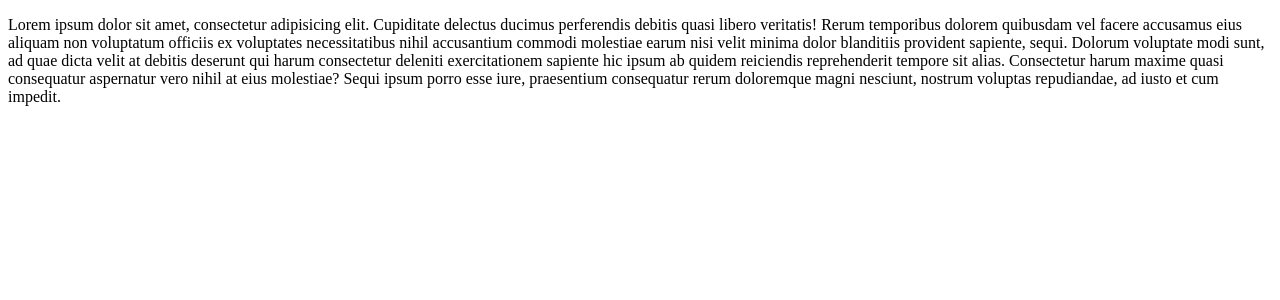
Repository: loosenthedark/the-importance-of-this
Page: index.html
The author's editor kept a record of every edit. The page is drawn from the files as they stood at one moment, then again after the next edit.
The browser window is 1280 px wide. The pictures show the whole page.

Above is the page before.

### index.html
<!DOCTYPE html>
<html lang="en">
<head>
    <meta charset="UTF-8">
    <meta name="viewport" content="width=device-width, initial-scale=1.0">
    <meta http-equiv="X-UA-Compatible" content="ie=edge">
    <link rel="stylesheet" href="css/style.css" type="text/css">
    <script type="text/javascript" src="js/jquery-3.4.1.js"></script>
    <title>Document</title>
</head>
<body>
    <div id="container">
        <div class>
            <p>
            Lorem ipsum dolor sit amet, consectetur adipisicing elit. Cupiditate delectus ducimus perferendis debitis quasi libero veritatis! Rerum temporibus dolorem quibusdam vel facere accusamus eius aliquam non voluptatum officiis ex voluptates necessitatibus nihil accusantium commodi molestiae earum nisi velit minima dolor blanditiis provident sapiente, sequi. Dolorum voluptate modi sunt, ad quae dicta velit at debitis deserunt qui harum consectetur deleniti exercitationem sapiente hic ipsum ab quidem reiciendis reprehenderit tempore sit alias. Consectetur harum maxime quasi consequatur aspernatur vero nihil at eius molestiae? Sequi ipsum porro esse iure, praesentium consequatur rerum doloremque magni nesciunt, nostrum voluptas repudiandae, ad iusto et cum impedit.
            </p>
        </div>
    </div>
</body>
</html>

### css/style.css
.container {
    display: flex;
    flex-flow: row wrap;
    box-sizing: border-box;
    margin-left: auto;
    margin-right: auto;
    max-width: 1050px;
}

.box {
    display: flex;
    flex: 1;
    flex-flow: column;
    max-width: 240px;
    margin: 10px;
    padding: 20px;
    background: #000;
}

Loaded but not shown: js/jquery-3.4.1.js (library)

After the next edit:
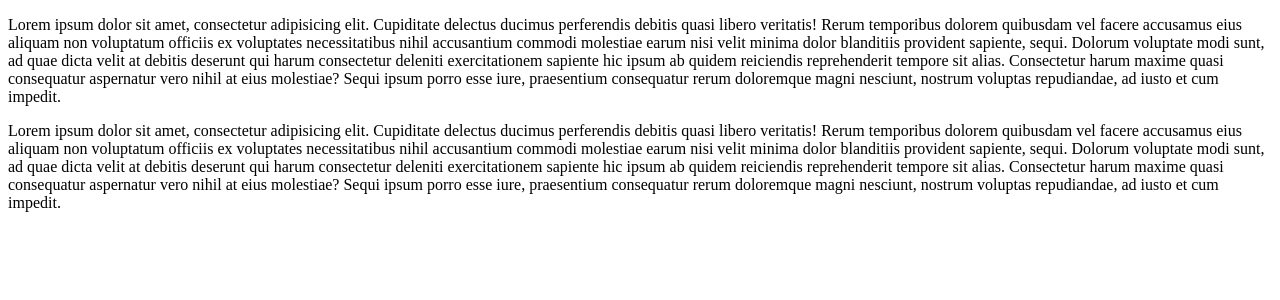
The edit:
--- a/index.html
+++ b/index.html
@@ -15,6 +15,11 @@
             Lorem ipsum dolor sit amet, consectetur adipisicing elit. Cupiditate delectus ducimus perferendis debitis quasi libero veritatis! Rerum temporibus dolorem quibusdam vel facere accusamus eius aliquam non voluptatum officiis ex voluptates necessitatibus nihil accusantium commodi molestiae earum nisi velit minima dolor blanditiis provident sapiente, sequi. Dolorum voluptate modi sunt, ad quae dicta velit at debitis deserunt qui harum consectetur deleniti exercitationem sapiente hic ipsum ab quidem reiciendis reprehenderit tempore sit alias. Consectetur harum maxime quasi consequatur aspernatur vero nihil at eius molestiae? Sequi ipsum porro esse iure, praesentium consequatur rerum doloremque magni nesciunt, nostrum voluptas repudiandae, ad iusto et cum impedit.
             </p>
         </div>
+        <div class>
+            <p>
+            Lorem ipsum dolor sit amet, consectetur adipisicing elit. Cupiditate delectus ducimus perferendis debitis quasi libero veritatis! Rerum temporibus dolorem quibusdam vel facere accusamus eius aliquam non voluptatum officiis ex voluptates necessitatibus nihil accusantium commodi molestiae earum nisi velit minima dolor blanditiis provident sapiente, sequi. Dolorum voluptate modi sunt, ad quae dicta velit at debitis deserunt qui harum consectetur deleniti exercitationem sapiente hic ipsum ab quidem reiciendis reprehenderit tempore sit alias. Consectetur harum maxime quasi consequatur aspernatur vero nihil at eius molestiae? Sequi ipsum porro esse iure, praesentium consequatur rerum doloremque magni nesciunt, nostrum voluptas repudiandae, ad iusto et cum impedit.
+            </p>
+        </div>
     </div>
 </body>
 </html>
